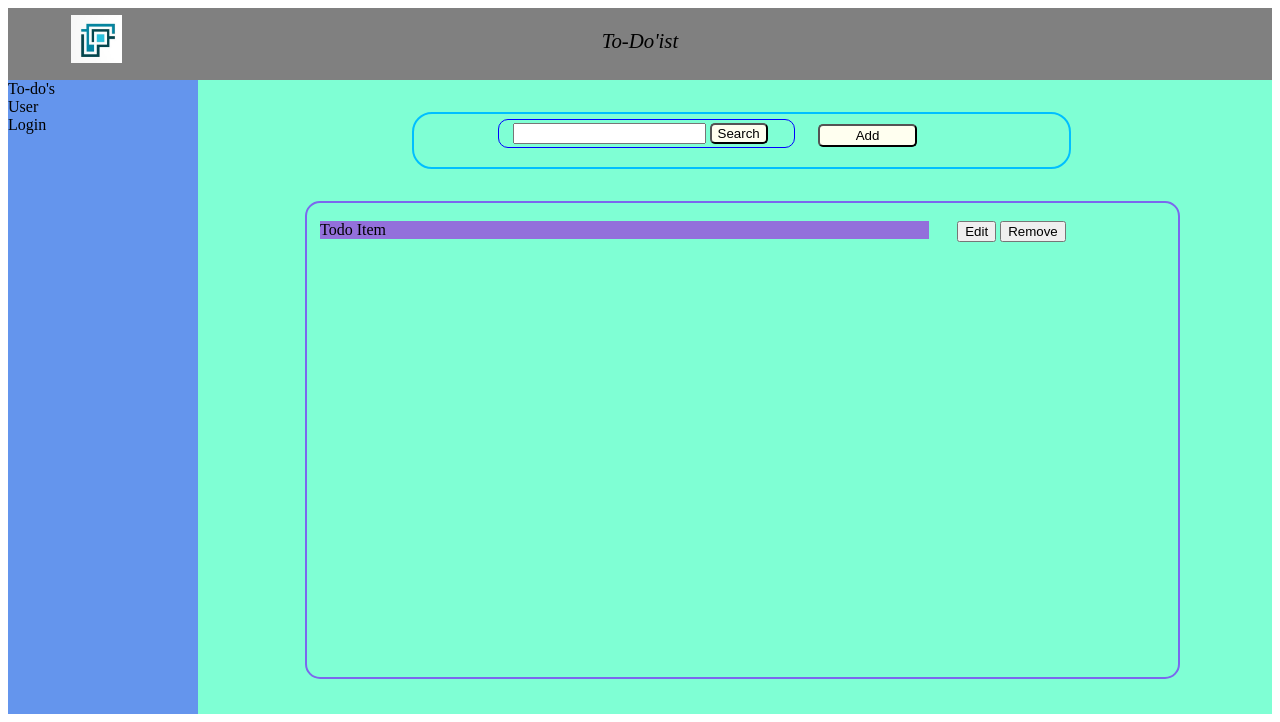
Repository: tavisca-pkadam/Todo-Website
Page: home.html
An editor plug-in stored every save of this project. The page is shown before and after the next save, followed by the edit.
The browser window is 1280 px wide. The pictures show the whole page.

Above is the page before, as saved 2019-08-20 08:02:25.

After the next save:
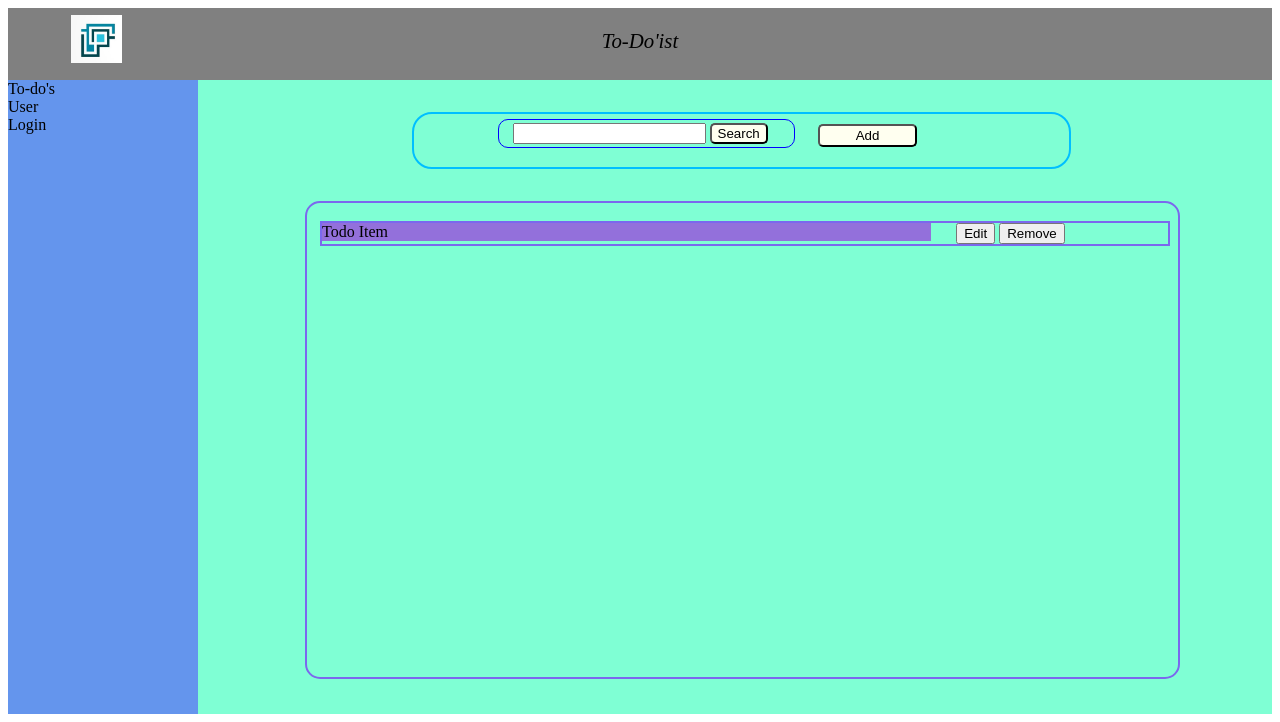
Saved 4 s later.
--- a/main.css
+++ b/main.css
@@ -107,7 +107,9 @@
     margin:5px;
     margin-top: 15px;
 
-
+    border-width: 2px;
+    border-style: solid;
+    border-color: mediumslateblue;
 }
 
 .todo_edit_btn{

After the save that followed:
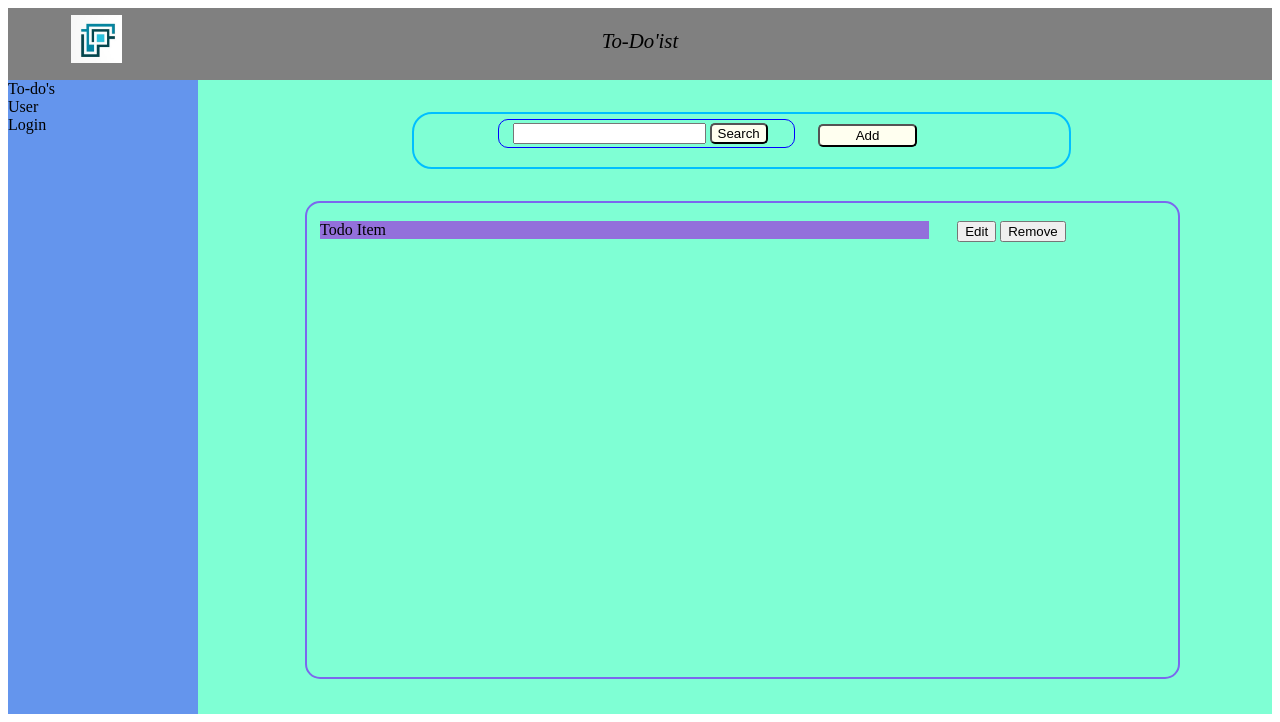
Saved 14 s later.
--- a/main.css
+++ b/main.css
@@ -107,9 +107,7 @@
     margin:5px;
     margin-top: 15px;
 
-    border-width: 2px;
-    border-style: solid;
-    border-color: mediumslateblue;
+
 }
 
 .todo_edit_btn{
